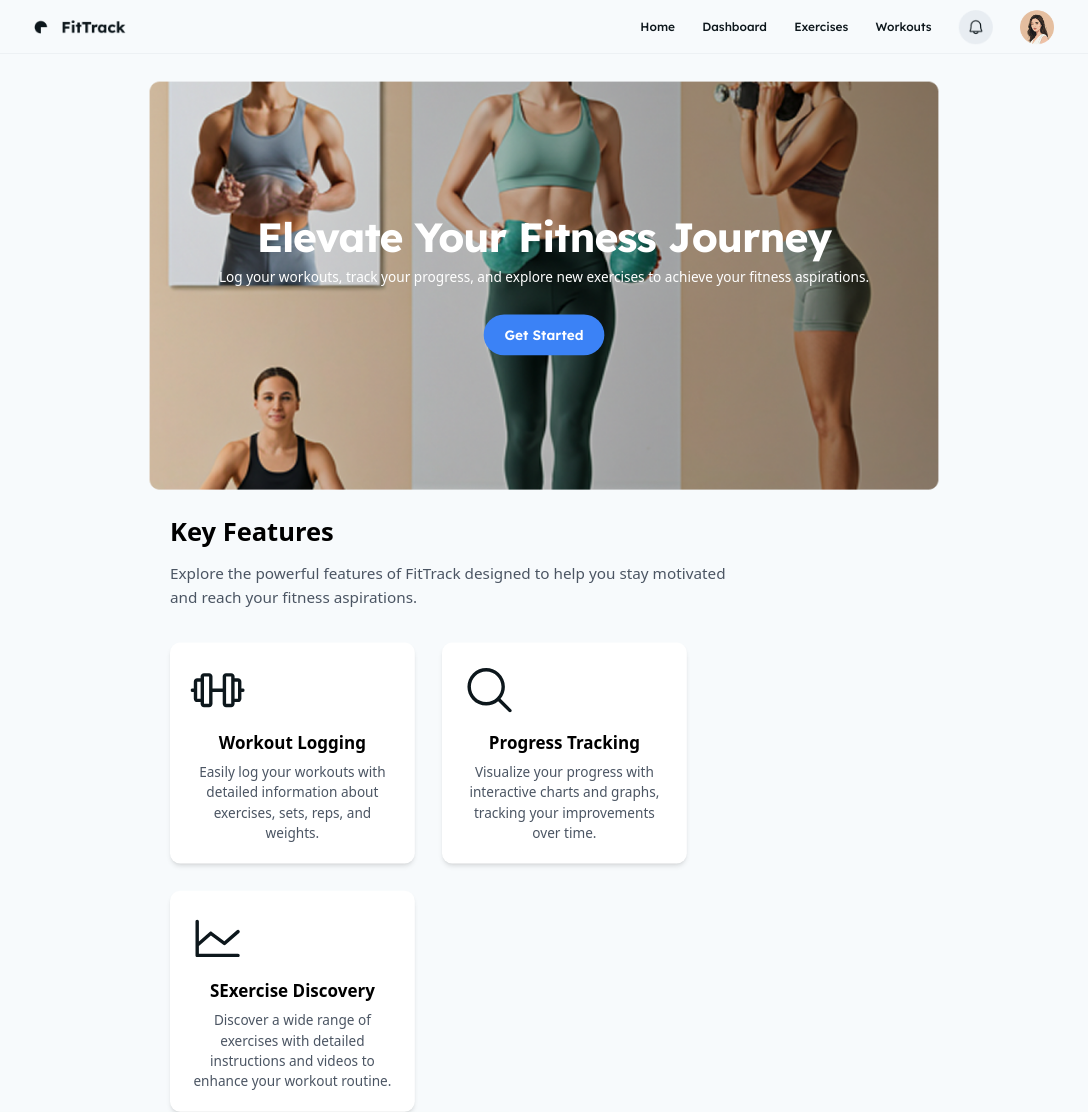
Repository: Emy-gold/fitness-tracking-platform
Page: /
The author's editor kept a copy of each file at every save. The page is drawn from the files as they stood at one save, then again after the next save.
The browser window is 1280 px wide. The pictures show the whole page, at 85% of full size.
The project was rebuilt for these pictures with package versions that can differ from the ones it lists, and the page was loaded fresh each time. Also part of the build but not shown: vite.config.js, src/Pages/Dashboard.jsx, src/Pages/Exercises.jsx, src/Pages/Workouts.jsx, src/components/Footer.jsx.

Above is the page before, as saved 2025-08-24 23:18:20.

After the next save:
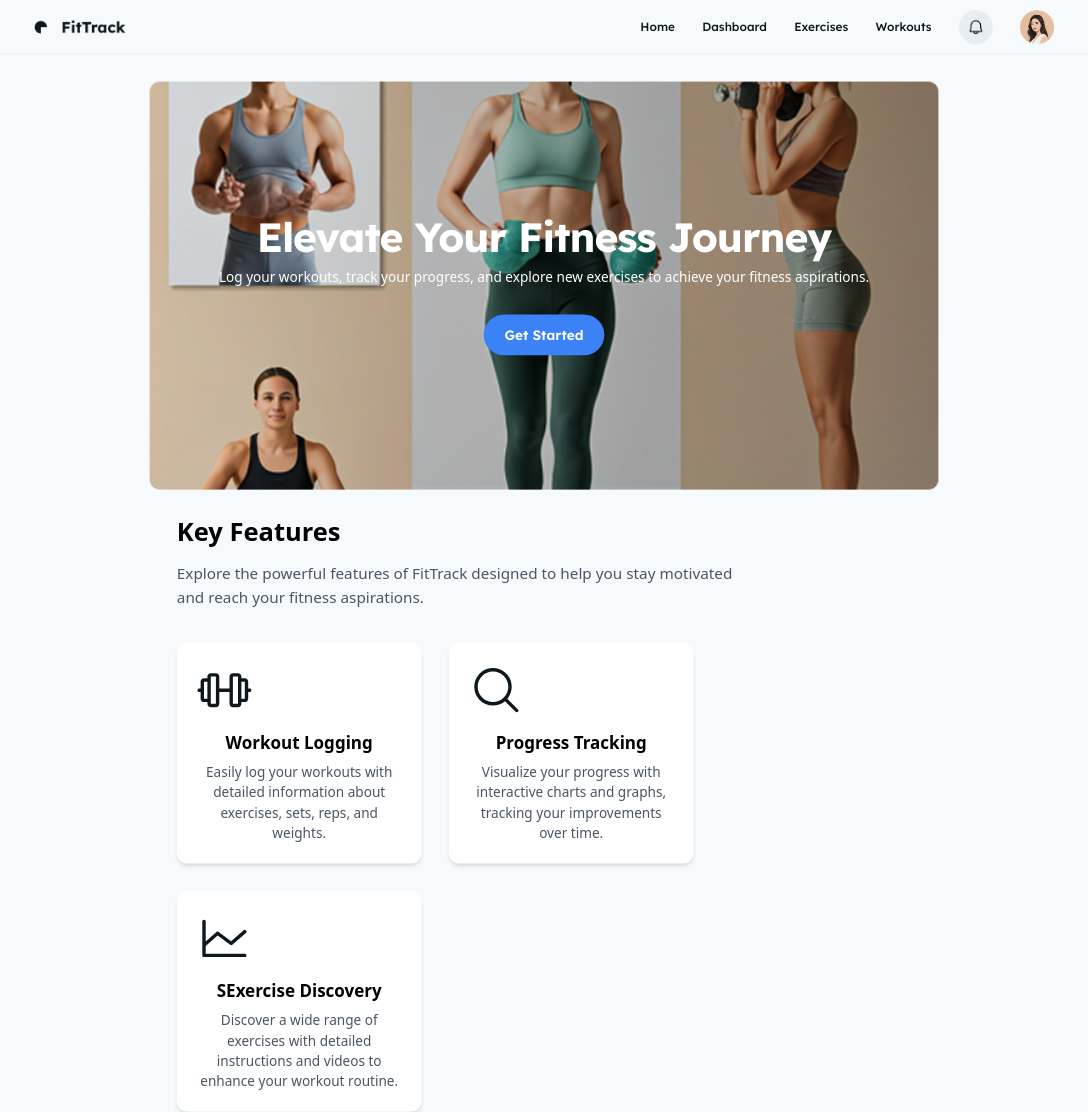
Saved 32 s later.
--- a/src/Pages/Home.jsx
+++ b/src/Pages/Home.jsx
@@ -25,7 +25,7 @@
                     </div>
                 </section >
 
-                <section className='flex flex-col items-start px-10'>
+                <section className='flex flex-col items-start px-12'>
                     <div className='flex flex-col items-start text-left'>
                         <h2 className='text-3xl font-bold mb-4'>Key Features</h2>
                         <p className='text-lg text-gray-600 max-w-2xl'>Explore the powerful features of FitTrack designed to help you stay motivated and reach your fitness aspirations.</p>

After the save that followed:
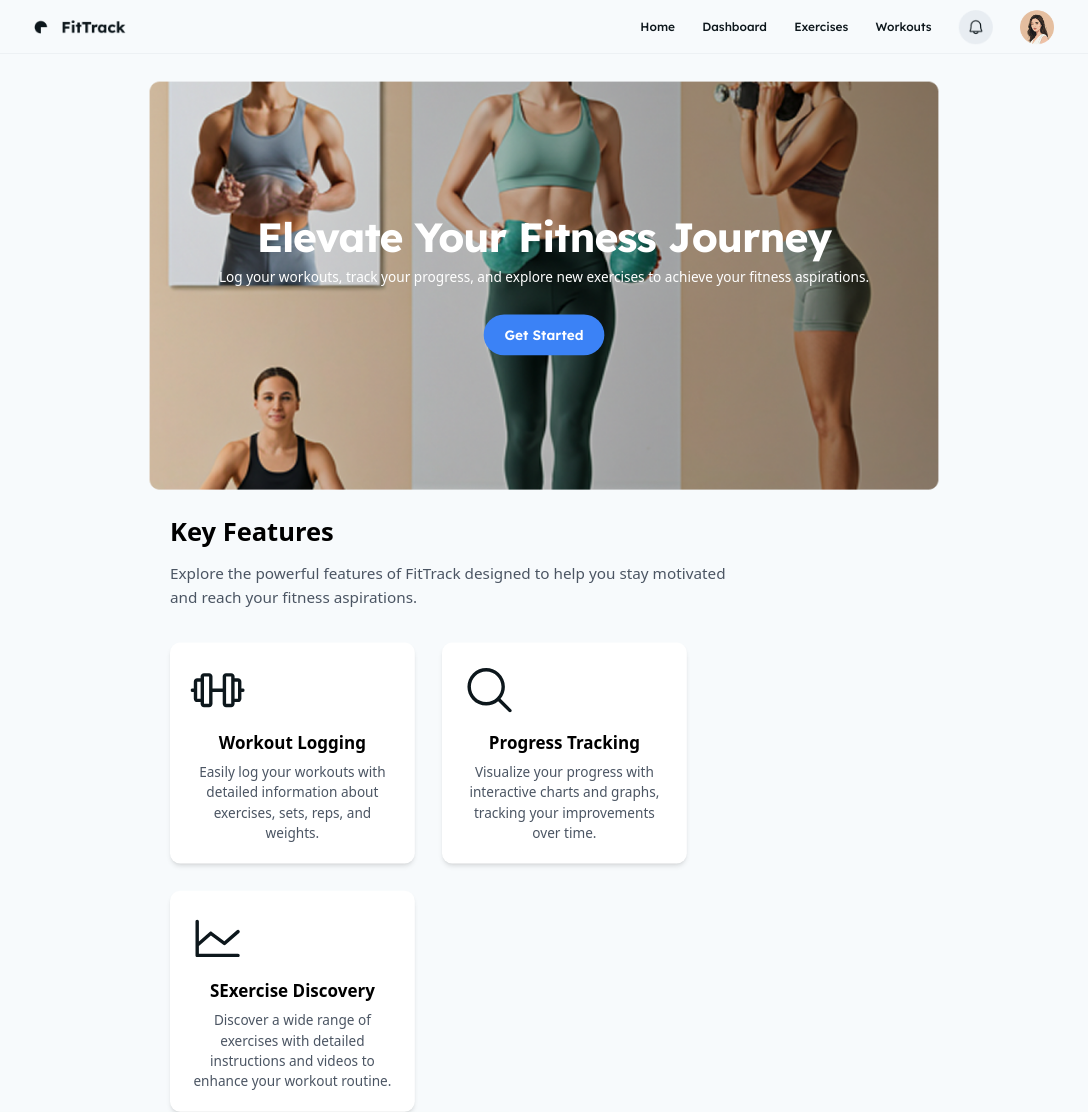
Saved 9 s later.
--- a/src/Pages/Home.jsx
+++ b/src/Pages/Home.jsx
@@ -25,7 +25,7 @@
                     </div>
                 </section >
 
-                <section className='flex flex-col items-start px-12'>
+                <section className='flex flex-col items-start px-10'>
                     <div className='flex flex-col items-start text-left'>
                         <h2 className='text-3xl font-bold mb-4'>Key Features</h2>
                         <p className='text-lg text-gray-600 max-w-2xl'>Explore the powerful features of FitTrack designed to help you stay motivated and reach your fitness aspirations.</p>
